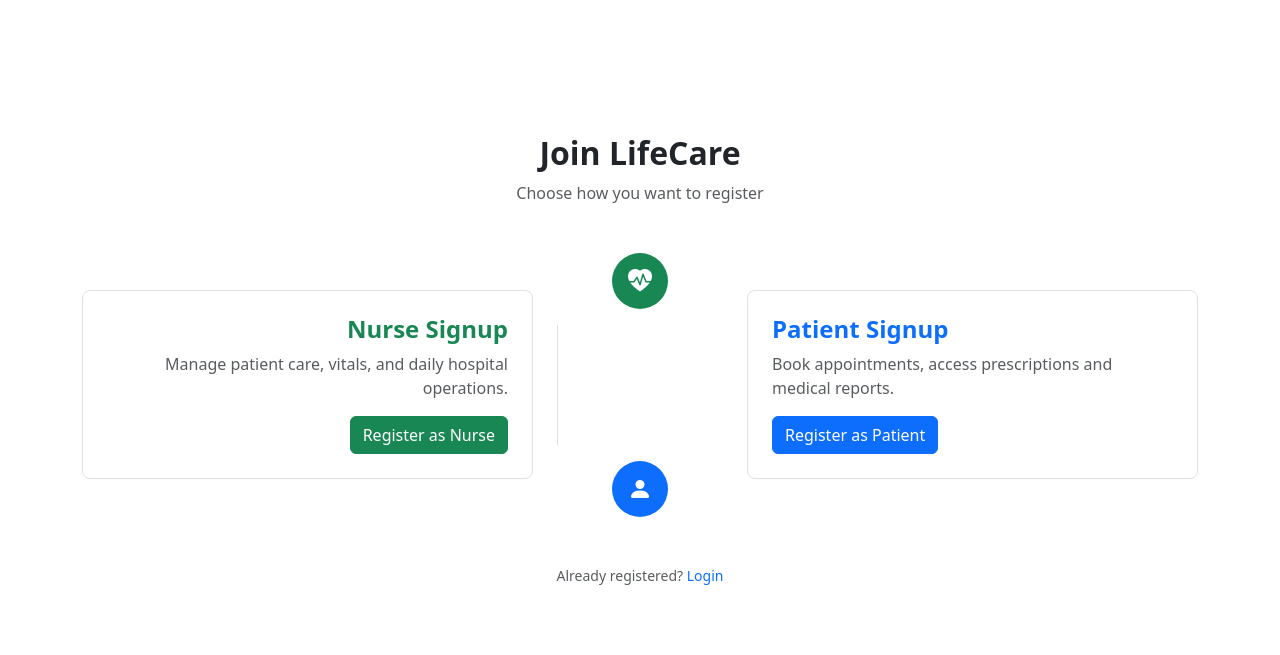
Repository: Rajasekaran0415/LifeCare-Management-System
Page: Project/signup.html
These files come from the project's save history. The page is drawn as it stood at one moment and after the next save; the edit follows.
The browser window is 1280 px wide. The pictures show the whole page.

Above is the page before, as saved 2025-12-26 21:34:28.

After the next save:
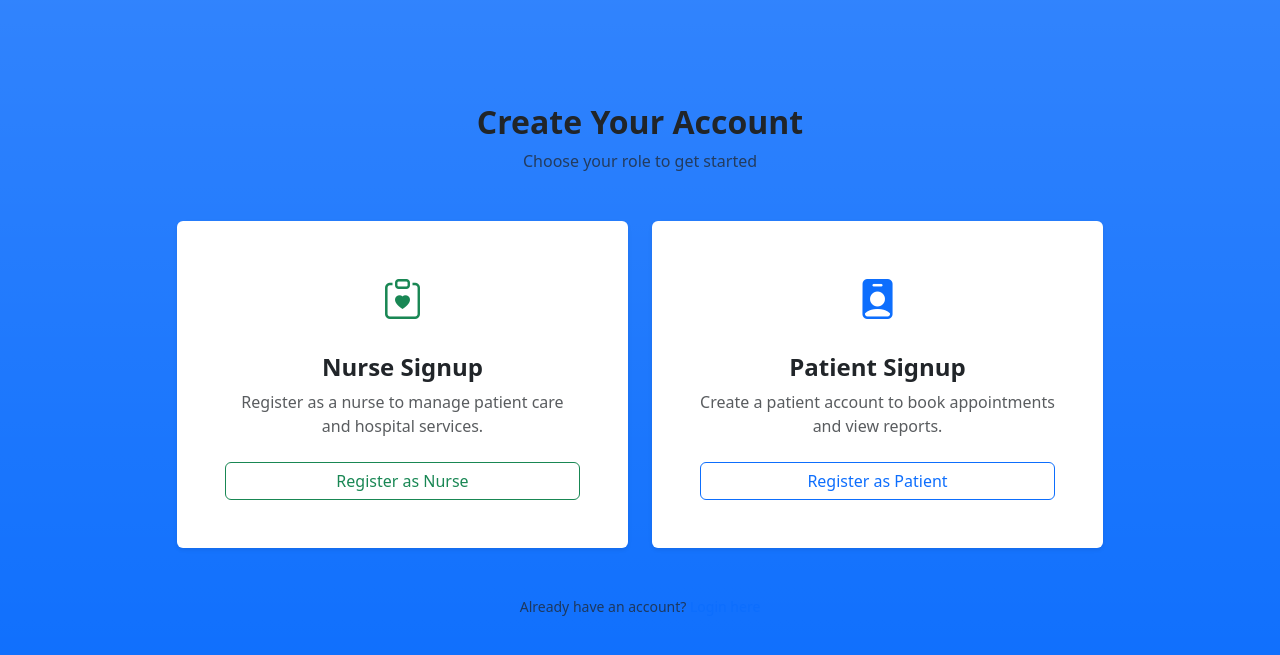
Saved 19 s later.
--- a/Project/signup.html
+++ b/Project/signup.html
@@ -10,58 +10,60 @@
   <!-- Bootstrap Icons -->
   <link href="https://cdn.jsdelivr.net/npm/bootstrap-icons/font/bootstrap-icons.css" rel="stylesheet">
 </head>
-
-<body class="bg-white d-flex align-items-center" style="min-height:100vh;">
+<body class="bg-primary bg-gradient d-flex align-items-center" style="min-height:100vh;">
 
   <div class="container">
 
     <!-- Header -->
     <div class="text-center mb-5">
-      <h2 class="fw-bold">Join LifeCare</h2>
-      <p class="text-muted">Choose how you want to register</p>
+      <h2 class="fw-bold text-dark">Create Your Account</h2>
+      <p class="text-muted">Choose your role to get started</p>
     </div>
 
-    <!-- Timeline Layout -->
-    <div class="row align-items-center">
+    <!-- Signup Cards -->
+    <div class="row justify-content-center g-4">
 
-      <!-- Nurse -->
-      <div class="col-md-5 text-end">
-        <div class="p-4 border rounded-3">
-          <h4 class="fw-bold text-success">Nurse Signup</h4>
-          <p class="text-muted">
-            Manage patient care, vitals, and daily hospital operations.
-          </p>
-          <a href="nursesignup.html" class="btn btn-success">
-            Register as Nurse
-          </a>
+      <!-- Nurse Signup -->
+      <div class="col-md-5">
+        <div class="card border-0 shadow-sm h-100">
+          <div class="card-body text-center p-5">
+
+            <div class="mb-4 text-success">
+              <i class="bi bi-clipboard-heart fs-1"></i>
+            </div>
+
+            <h4 class="fw-bold">Nurse Signup</h4>
+            <p class="text-muted mb-4">
+              Register as a nurse to manage patient care and hospital services.
+            </p>
+
+            <a href="nursesignup.html" class="btn btn-outline-success w-100">
+              Register as Nurse
+            </a>
+
+          </div>
         </div>
       </div>
 
-      <!-- Center Line + Icon -->
-      <div class="col-md-2 text-center">
-        <div class="mb-3">
-          <span class="badge rounded-circle bg-success p-3">
-            <i class="bi bi-heart-pulse-fill fs-4"></i>
-          </span>
-        </div>
-        <div class="border-start mx-auto" style="height:120px;"></div>
-        <div class="mt-3">
-          <span class="badge rounded-circle bg-primary p-3">
-            <i class="bi bi-person-fill fs-4"></i>
-          </span>
-        </div>
-      </div>
+      <!-- Patient Signup -->
+      <div class="col-md-5">
+        <div class="card border-0 shadow-sm h-100">
+          <div class="card-body text-center p-5">
 
-      <!-- Patient -->
-      <div class="col-md-5">
-        <div class="p-4 border rounded-3">
-          <h4 class="fw-bold text-primary">Patient Signup</h4>
-          <p class="text-muted">
-            Book appointments, access prescriptions and medical reports.
-          </p>
-          <a href="patientsignup.html" class="btn btn-primary">
-            Register as Patient
-          </a>
+            <div class="mb-4 text-primary">
+              <i class="bi bi-person-badge-fill fs-1"></i>
+            </div>
+
+            <h4 class="fw-bold">Patient Signup</h4>
+            <p class="text-muted mb-4">
+              Create a patient account to book appointments and view reports.
+            </p>
+
+            <a href="patientsignup.html" class="btn btn-outline-primary w-100">
+              Register as Patient
+            </a>
+
+          </div>
         </div>
       </div>
 
@@ -69,8 +71,8 @@
 
     <!-- Footer -->
     <div class="text-center mt-5 text-muted small">
-      Already registered?
-      <a href="login.html" class="text-decoration-none">Login</a>
+      Already have an account?
+      <a href="login.html" class="text-decoration-none">Login here</a>
     </div>
 
   </div>
